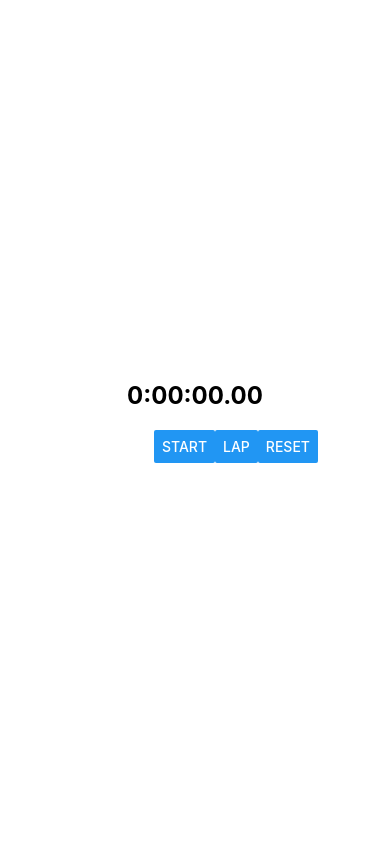
Repository: Shopify/eng-intern-assessment-react-native
Screen: /
The author's editor kept a copy of each file at every save. The screen is drawn from the files as they stood at one save, then again after the next save.
The app was drawn by React Native's web renderer in a window 390 px wide. The project was rebuilt for these pictures with package versions that can differ from the ones it lists, and the page was loaded fresh each time.

Above is the screen before, as saved 2024-01-13 12:08:32.

### App.tsx
import { StatusBar } from 'expo-status-bar';
import { StyleSheet, Text, View } from 'react-native';
import StopWatch from './src/StopWatch';

export default function App() {
  return (
    <View style={styles.container}>
      <StopWatch></StopWatch>
      <StatusBar style="auto" />
    </View>
  );
}

const styles = StyleSheet.create({
  container: {
    flex: 1,
    backgroundColor: '#fff',
    alignItems: 'center',
    justifyContent: 'center',
  },
});

### src/StopWatch.tsx
import React, { useState, useEffect } from 'react';
import { Text, View, StyleSheet } from 'react-native';
import StopWatchButton from './StopWatchButton';

const StopWatch = () => {
  const [isRunning, setIsRunning] = useState(false);
  const [timeElapsed, setTimeElapsed] = useState(0);
  const [laps, setLaps] = useState<number[]>([]);

  useEffect(() => {
    let interval: ReturnType<typeof setInterval>;
    if (isRunning) {
      interval = setInterval(() => {
        setTimeElapsed(prevTime => prevTime + 10); // Increment every 10 milliseconds
      }, 10);
    }
    return () => clearInterval(interval);
  }, [isRunning]);

  const handleStartStop = () => {
    setIsRunning(!isRunning);
  };

  const handleLap = () => {
    setLaps([...laps, timeElapsed]);
  };

  const handleReset = () => {
    setIsRunning(false);
    setTimeElapsed(0);
    setLaps([]);
  };

  const formatTime = (milliseconds: number) => {
    const hours = Math.floor(milliseconds / 3600000); // 1 Hour = 3600000 Milliseconds
    const minutes = Math.floor((milliseconds % 3600000) / 60000); // 1 Minute = 60000 Milliseconds
    const seconds = Math.floor((milliseconds % 60000) / 1000); // 1 Second = 1000 Milliseconds
    const millis = Math.floor((milliseconds % 1000) / 10); // Display only two digits for milliseconds

    return `${hours}:${minutes.toString().padStart(2, '0')}:${seconds.toString().padStart(2, '0')}.${millis.toString().padStart(2, '0')}`;
  };


  return (
    <View style={styles.container}>
      <Text style={styles.timerText}>{formatTime(timeElapsed)}</Text>
      {laps.map((lap, index) => (
        <Text key={index} style={styles.lapText}>{`Lap ${index + 1}: ${formatTime(lap)}`}</Text>
      ))}
      <View style={styles.buttonContainer}>
        <StopWatchButton title={isRunning ? "Stop" : "Start"} onPress={handleStartStop} />
        <StopWatchButton title="Lap" onPress={handleLap} />
        <StopWatchButton title="Reset" onPress={handleReset} />
      </View>
    </View>
  );
};

const styles = StyleSheet.create({
  container: {
    flex: 1,
    alignItems: 'center',
    justifyContent: 'center',
  },
  timerText: {
    fontSize: 24,
    fontWeight: 'bold',
  },
  lapText: {
    fontSize: 16,
  },
  buttonContainer: {
    flexDirection: 'row', // This will arrange buttons side by side
    justifyContent: 'space-around',
    width: '50%', // Adjust as needed
    marginTop: 20,
  },
});

export default StopWatch;

### src/StopWatchButton.tsx
import React from 'react';
import { Button, View } from 'react-native';

type Props = {
  title: string;
  onPress: () => void;
};

const StopWatchButton: React.FC<Props> = ({ title, onPress }) => {
  return (
    <View>
      <Button title={title} onPress={onPress} />
    </View>
  );
};

export default StopWatchButton;

After the next save:
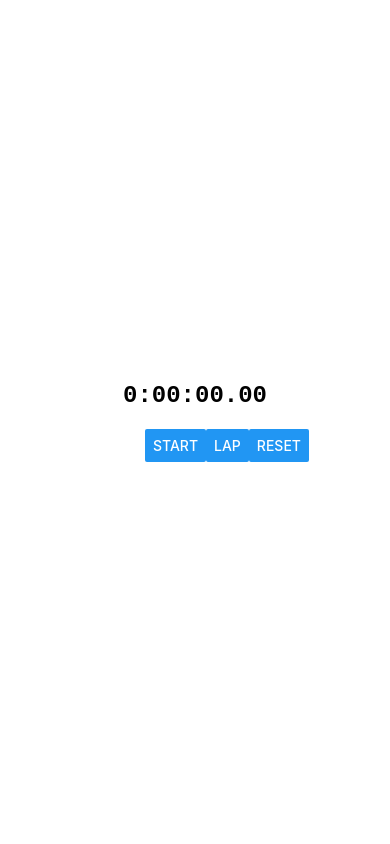
Saved 85 s later.
--- a/src/StopWatch.tsx
+++ b/src/StopWatch.tsx
@@ -43,7 +43,9 @@ const StopWatch = () => {
 
   return (
     <View style={styles.container}>
-      <Text style={styles.timerText}>{formatTime(timeElapsed)}</Text>
+      <View style={styles.timerContainer}>
+        <Text style={styles.timerText}>{formatTime(timeElapsed)}</Text>
+      </View>
       {laps.map((lap, index) => (
         <Text key={index} style={styles.lapText}>{`Lap ${index + 1}: ${formatTime(lap)}`}</Text>
       ))}
@@ -75,6 +77,16 @@ const styles = StyleSheet.create({
     width: '50%', // Adjust as needed
     marginTop: 20,
   },
+  timerContainer: {
+    minWidth: 200, // Adjust this width as needed
+    alignItems: 'center',
+    justifyContent: 'center',
+  },
+  timerText: {
+    fontSize: 24,
+    fontWeight: 'bold',
+    fontFamily: 'monospace', // Ensures equal spacing between characters
+  },
 });
 
 export default StopWatch;
